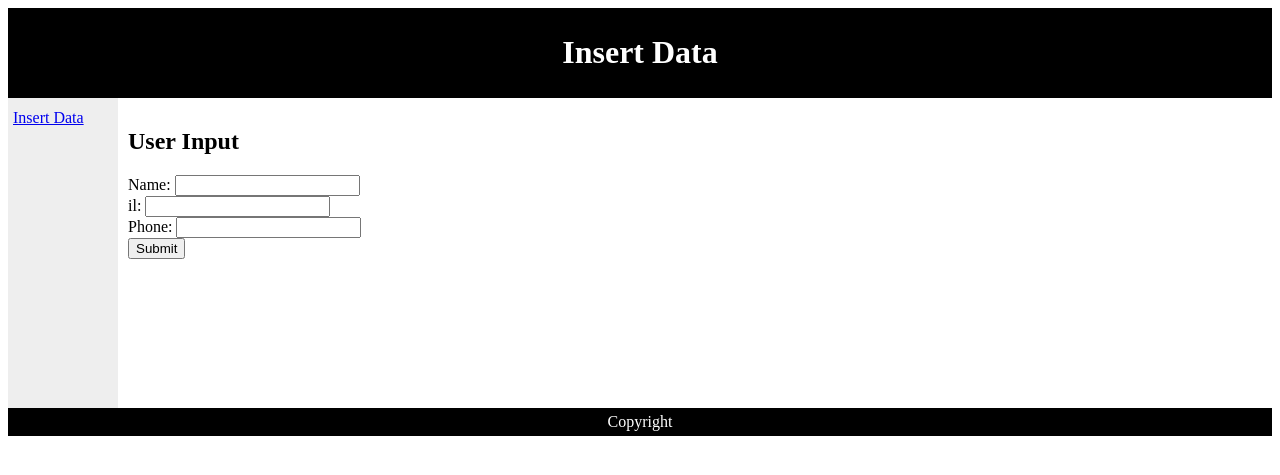
Repository: wthompson2/SoftwareEngineering4830
Page: WeightWatcherWebsiteThompson/WebContent/insert_thompson.html
These files come from the project's save history. The page is drawn as it stood at one moment and after the next save; the edit follows.
The browser window is 1280 px wide. The pictures show the whole page.

Above is the page before, as saved 2020-02-26 03:56:18.

After the next save:
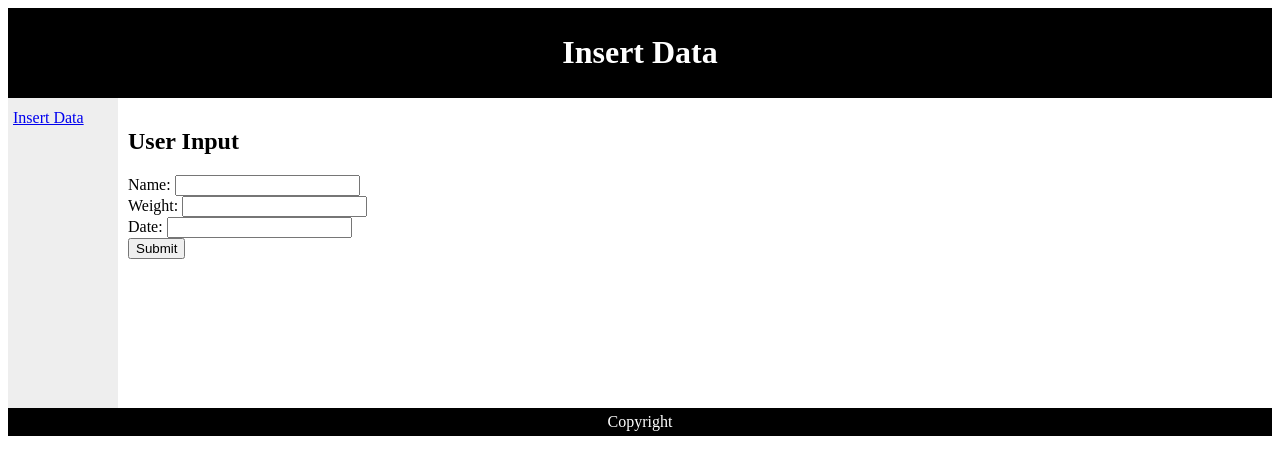
Saved 6 s later.
--- a/WeightWatcherWebsiteThompson/WebContent/insert_thompson.html
+++ b/WeightWatcherWebsiteThompson/WebContent/insert_thompson.html
@@ -45,8 +45,8 @@ footer {
 	<form action="InsertThompson" method="POST">
 
 		Name: <input type="text" name="userName"> <br />
-		il: <input type="text" name="email"> <br />
-		Phone: <input type="text" name="phone"> <br />
+		Weight: <input type="text" name="email"> <br />
+		Date: <input type="text" name="phone"> <br />
 
 		<input type="submit" value="Submit" />
 	</form>
